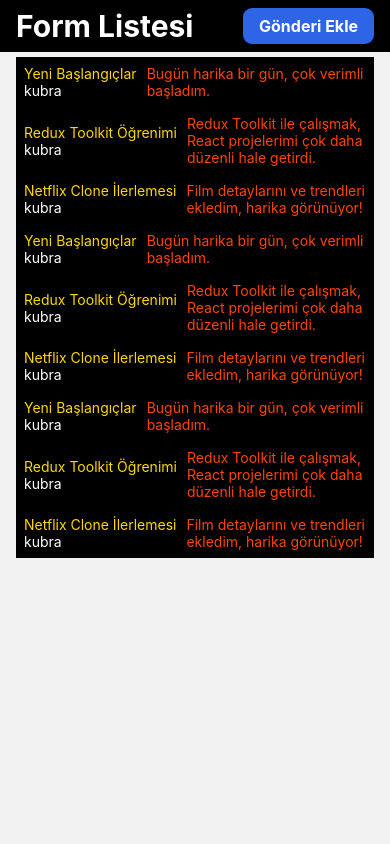
Repository: Kubraaygun/FirebaseRN
Screen: /
An editor plug-in stored every save of this project. The screen is shown before and after the next save, followed by the edit.
The app was drawn by React Native's web renderer in a window 390 px wide. The project was rebuilt for these pictures with package versions that can differ from the ones it lists, and the page was loaded fresh each time. Requests to the local data server were answered from the project's data file. Also part of the build but not shown: src/screens/AddPost/AddPostView.jsx, src/screens/AddPost/AddPostController.jsx.

Above is the screen before, as saved 2025-01-20 20:34:56.

### App.js
import {SafeAreaView, StyleSheet, Text, View} from 'react-native';
import React, {useState} from 'react';
import {createNativeStackNavigator} from '@react-navigation/native-stack';
import {NavigationContainer} from '@react-navigation/native';
import ListPostController from './src/screens/ListPost/ListPostController';
import AddPostController from './src/screens/AddPost/AddPostController';
import AppBar from './src/screens/component/AppBar';

const App = () => {
  const [activePage, setActivePage] = useState('Gönderiler');
  const Stack = createNativeStackNavigator();
  return (
    <SafeAreaView style={{flex: 1}}>
      <NavigationContainer>
        <AppBar activePage={activePage} setActivePage={setActivePage} />
        <Stack.Navigator screenOptions={{headerShown: false}}>
          <Stack.Screen name="ListPost" component={ListPostController} />
          <Stack.Screen name="AddPost" component={AddPostController} />
        </Stack.Navigator>
      </NavigationContainer>
    </SafeAreaView>
  );
};

export default App;

const styles = StyleSheet.create({});

### src/screens/ListPost/ListPostController.jsx
import {StyleSheet, Text, View} from 'react-native';
import React, {useEffect, useState} from 'react';
import ListPostView from './ListPostView';
import axios from 'axios';
const ListPostController = () => {
  const [postData, setPostData] = useState([]);
  useEffect(() => {
    axios
      .get('http://localhost:3000/posts')
      .then(res => setPostData(res.data))
      .catch(error => console.log(error));
  }, []);
  return <ListPostView postData={postData} />;
};

export default ListPostController;

const styles = StyleSheet.create({});

### src/screens/component/AppBar.jsx
import {StyleSheet, Text, View} from 'react-native';
import React from 'react';
import CustomButton from './CustomButton';
import {useNavigation} from '@react-navigation/native';

const AppBar = ({activePage, setActivePage}) => {
  const navigation = useNavigation();
  return (
    <View style={styles.container}>
      <Text style={styles.title}>Form Listesi</Text>
      {activePage === 'Gönderiler' ? (
        <CustomButton
          buttonTitle={'Gönderi Ekle'}
          onPress={() => {
            setActivePage('Gönderi Ekle');
            navigation.navigate('AddPost');
          }}
        />
      ) : (
        <CustomButton
          buttonTitle={'Gönderi Listesi'}
          onPress={() => {
            setActivePage('Gönderiler');
            navigation.navigate('ListPost');
          }}
        />
      )}
    </View>
  );
};

export default AppBar;

const styles = StyleSheet.create({
  container: {
    backgroundColor: '#000000',
    flexDirection: 'row',
    justifyContent: 'space-between',
    paddingHorizontal: 16,
    paddingVertical: 8,
    alignItems: 'center',
  },
  title: {
    color: 'white',
    fontSize: 30,
    fontWeight: '700',
  },
});

### src/screens/ListPost/ListPostView.jsx
import {FlatList, StyleSheet, Text, View} from 'react-native';
import React from 'react';

const ListPostView = ({postData}) => {
  return (
    <View style={styles.container}>
      <FlatList
        data={postData}
        renderItem={({item}) => (
          <View style={styles.post}>
            <View style={styles.info}>
              <Text style={styles.title}>{item.title}</Text>
              <Text style={styles.user}>{item.user}</Text>
            </View>

            <Text style={styles.text}>{item.text}</Text>
          </View>
        )}
      />
    </View>
  );
};

export default ListPostView;

const styles = StyleSheet.create({
  container: {
    paddingHorizontal: 16,
    paddingVertical: 5,
  },
  post: {
    backgroundColor: 'black',
    justifyContent: 'space-between',
    alignItems: 'center',
    flexDirection: 'row',
    padding: 8,
    gap: 10,
  },
  title: {
    color: 'gold',
  },
  user: {
    color: 'white',
  },
  text: {
    color: 'orangered',
  },
});

### src/screens/component/CustomButton.jsx
import {StyleSheet, Text, TouchableOpacity, View} from 'react-native';
import React from 'react';

const CustomButton = ({buttonTitle, onPress}) => {
  return (
    <TouchableOpacity onPress={onPress} style={styles.buttonContainer}>
      <Text style={styles.buttonTitle}>{buttonTitle}</Text>
    </TouchableOpacity>
  );
};

export default CustomButton;

const styles = StyleSheet.create({
  buttonContainer: {
    backgroundColor: '#2D65E6',
    paddingHorizontal: 16,
    paddingVertical: 8,
    borderRadius: 9,
  },
  buttonTitle: {
    color: '#ffffff',
    fontSize: 16,
    fontWeight: '700',
  },
});

### db.json
{
  "posts": [
    {
      "id": 1,
      "date": "2025-01-20",
      "title": "Yeni Başlangıçlar",
      "text": "Bugün harika bir gün, çok verimli başladım.",
      "user": "kubra"
    },
    {
      "id": 2,
      "date": "2025-01-19",
      "title": "Redux Toolkit Öğrenimi",
      "text": "Redux Toolkit ile çalışmak, React projelerimi çok daha düzenli hale getirdi.",
      "user": "kubra"
    },
    {
      "id": 3,
      "date": "2025-01-18",
      "title": "Netflix Clone İlerlemesi",
      "text": "Film detaylarını ve trendleri ekledim, harika görünüyor!",
      "user": "kubra"
    },
    {
      "id": 4,
      "date": "2025-01-20",
      "title": "Yeni Başlangıçlar",
      "text": "Bugün harika bir gün, çok verimli başladım.",
      "user": "kubra"
    },
    {
      "id": 5,
      "date": "2025-01-19",
      "title": "Redux Toolkit Öğrenimi",
      "text": "Redux Toolkit ile çalışmak, React projelerimi çok daha düzenli hale getirdi.",
      "user": "kubra"
    },
    {
      "id": 6,
      "date": "2025-01-18",
      "title": "Netflix Clone İlerlemesi",
      "text": "Film detaylarını ve trendleri ekledim, harika görünüyor!",
      "user": "kubra"
    },
    {
      "id": 7,
      "date": "2025-01-20",
      "title": "Yeni Başlangıçlar",
      "text": "Bugün harika bir gün, çok verimli başladım.",
      "user": "kubra"
    },
    {
      "id": 8,
      "date": "2025-01-19",
      "title": "Redux Toolkit Öğrenimi",
      "text": "Redux Toolkit ile çalışmak, React projelerimi çok daha düzenli hale getirdi.",
      "user": "kubra"
    },
    {
      "id": 3,
      "date": "2025-01-18",
      "title": "Netflix Clone İlerlemesi",
      "text": "Film detaylarını ve trendleri ekledim, harika görünüyor!",
      "user": "kubra"
    }
  ]
}

After the next save:
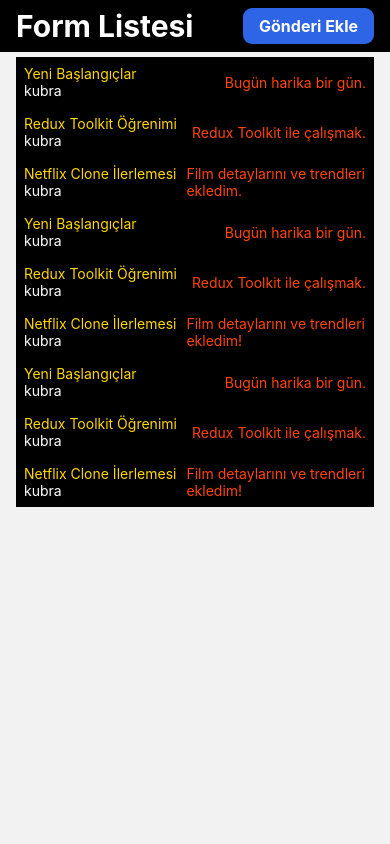
Saved 66 s later.
--- a/db.json
+++ b/db.json
@@ -4,63 +4,63 @@
       "id": 1,
       "date": "2025-01-20",
       "title": "Yeni Başlangıçlar",
-      "text": "Bugün harika bir gün, çok verimli başladım.",
+      "text": "Bugün harika bir gün.",
       "user": "kubra"
     },
     {
       "id": 2,
       "date": "2025-01-19",
       "title": "Redux Toolkit Öğrenimi",
-      "text": "Redux Toolkit ile çalışmak, React projelerimi çok daha düzenli hale getirdi.",
+      "text": "Redux Toolkit ile çalışmak.",
       "user": "kubra"
     },
     {
       "id": 3,
       "date": "2025-01-18",
       "title": "Netflix Clone İlerlemesi",
-      "text": "Film detaylarını ve trendleri ekledim, harika görünüyor!",
+      "text": "Film detaylarını ve trendleri ekledim.",
       "user": "kubra"
     },
     {
       "id": 4,
       "date": "2025-01-20",
       "title": "Yeni Başlangıçlar",
-      "text": "Bugün harika bir gün, çok verimli başladım.",
+      "text": "Bugün harika bir gün.",
       "user": "kubra"
     },
     {
       "id": 5,
       "date": "2025-01-19",
       "title": "Redux Toolkit Öğrenimi",
-      "text": "Redux Toolkit ile çalışmak, React projelerimi çok daha düzenli hale getirdi.",
+      "text": "Redux Toolkit ile çalışmak.",
       "user": "kubra"
     },
     {
       "id": 6,
       "date": "2025-01-18",
       "title": "Netflix Clone İlerlemesi",
-      "text": "Film detaylarını ve trendleri ekledim, harika görünüyor!",
+      "text": "Film detaylarını ve trendleri ekledim!",
       "user": "kubra"
     },
     {
       "id": 7,
       "date": "2025-01-20",
       "title": "Yeni Başlangıçlar",
-      "text": "Bugün harika bir gün, çok verimli başladım.",
+      "text": "Bugün harika bir gün.",
       "user": "kubra"
     },
     {
       "id": 8,
       "date": "2025-01-19",
       "title": "Redux Toolkit Öğrenimi",
-      "text": "Redux Toolkit ile çalışmak, React projelerimi çok daha düzenli hale getirdi.",
+      "text": "Redux Toolkit ile çalışmak.",
       "user": "kubra"
     },
     {
       "id": 3,
       "date": "2025-01-18",
       "title": "Netflix Clone İlerlemesi",
-      "text": "Film detaylarını ve trendleri ekledim, harika görünüyor!",
+      "text": "Film detaylarını ve trendleri ekledim!",
       "user": "kubra"
     }
   ]
